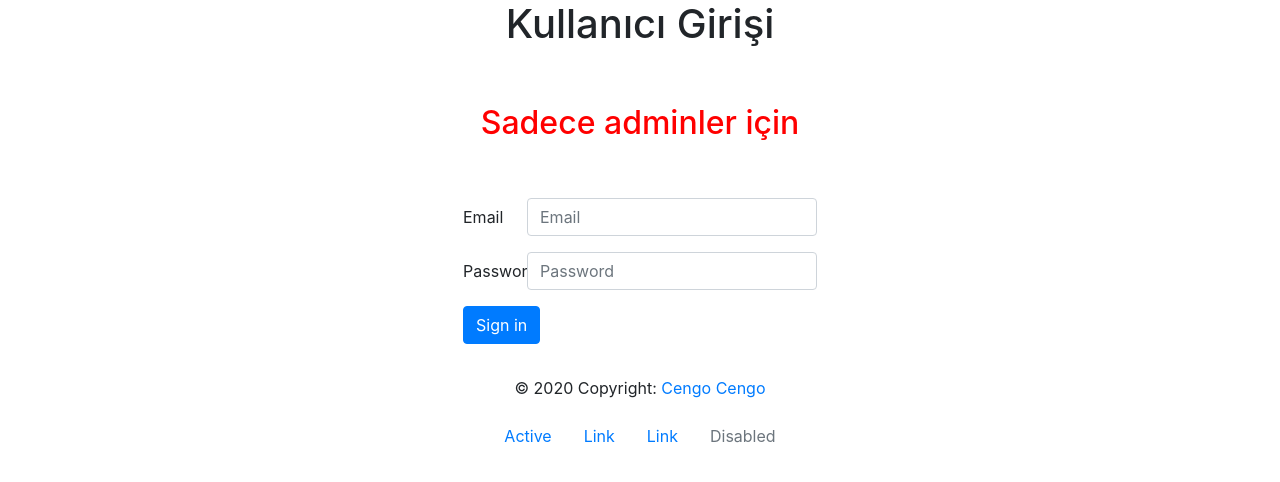
Repository: CengoCengo/NodeBlogCengo
Page: views/admin/signin.ejs
These files come from the project's save history. The page is drawn as it stood at one moment and after the next save; the edit follows.
The browser window is 1280 px wide. The pictures show the whole page.
The page is served by the project's Node server (server.js). Other server files are loaded and not shown. The template is opened directly, without the code that normally fills it, so the values that code supplies are empty.

Above is the page before, as saved 2020-02-26 00:49:39.

### views/admin/signin.ejs
<%- include("../partials/signHead") -%>

    <div class="container" style="width: 30%;">

        <h1 style="text-align: center;">Kullanıcı Girişi</h1>
        <br><br>

        <h2 style="text-align: center; color:red;">Sadece adminler için</h2>
        <br><br>
        <form>
            <div class="form-group row">
              <label for="inputEmail" class="col-sm-2 col-form-label">Email</label>
              <div class="col-sm-10">
                <input type="email" class="form-control" id="inputEmail3" placeholder="Email" name="username">
              </div>
            </div>
            <div class="form-group row">
              <label for="inputPassword3" class="col-sm-2 col-form-label">Password</label>
              <div class="col-sm-10">
                <input type="password" class="form-control" id="inputPassword" placeholder="Password">
              </div>
            </div>
            <div class="form-group row">
              <div class="col-sm-10">
                <button type="submit" class="btn btn-primary">Sign in</button>
              </div>
            </div>
          </form>
    </div>

    <%- include("../partials/signFooter") -%>

### views/partials/signHead.ejs
<!DOCTYPE html>
<html lang="en">
<head>
    <meta charset="UTF-8">
    <meta name="viewport" content="width=device-width, initial-scale=1.0">
    <title>SignIn</title>
    <link rel="stylesheet" href="https://stackpath.bootstrapcdn.com/bootstrap/4.3.1/css/bootstrap.min.css" integrity="sha384-ggOyR0iXCbMQv3Xipma34MD+dH/1fQ784/j6cY/iJTQUOhcWr7x9JvoRxT2MZw1T" crossorigin="anonymous">
    <script src="https://code.jquery.com/jquery-3.3.1.slim.min.js" integrity="sha384-q8i/X+965DzO0rT7abK41JStQIAqVgRVzpbzo5smXKp4YfRvH+8abtTE1Pi6jizo" crossorigin="anonymous"></script>
    <script src="https://cdnjs.cloudflare.com/ajax/libs/popper.js/1.14.7/umd/popper.min.js" integrity="sha384-UO2eT0CpHqdSJQ6hJty5KVphtPhzWj9WO1clHTMGa3JDZwrnQq4sF86dIHNDz0W1" crossorigin="anonymous"></script>
    <script src="https://stackpath.bootstrapcdn.com/bootstrap/4.3.1/js/bootstrap.min.js" integrity="sha384-JjSmVgyd0p3pXB1rRibZUAYoIIy6OrQ6VrjIEaFf/nJGzIxFDsf4x0xIM+B07jRM" crossorigin="anonymous"></script>

</head>

<body>

### views/partials/signFooter.ejs



<!-- Footer -->


    <!-- Copyright -->
    <div class="footer-copyright text-center py-3">© 2020 Copyright:
      <a href="/"> Cengo Cengo</a>
    </div>
    <!-- Copyright -->
    <ul class="nav justify-content-center">
        <li class="nav-item">
          <a class="nav-link active" href="#">Active</a>
        </li>
        <li class="nav-item">
          <a class="nav-link" href="#">Link</a>
        </li>
        <li class="nav-item">
          <a class="nav-link" href="#">Link</a>
        </li>
        <li class="nav-item">
          <a class="nav-link disabled" href="#" tabindex="-1" aria-disabled="true">Disabled</a>
        </li>
      </ul>


<!-- Footer -->

</body>

</html>

### server.js
//jshint esversion:6
const express = require("express");
const bodyParser = require("body-parser");
const app = express();
app.use(bodyParser.urlencoded({extended:true}));

//AppRoutes

const indexRoutes = require("./routes/indexRoutes");
const adminRoutes = require("./routes/adminRoutes");


//AppConfig
app.use(express.static("public"))

app.listen(3001, function(){

console.log("Server started on port 3000")

});

//RoutesUsing

app.use(indexRoutes);
app.use(adminRoutes)

const mongoose = require('mongoose');

mongoose.connect("mongodb://127.0.0.1:27017/CengoDB", {useNewUrlParser:true});

// article.save();

After the next save:
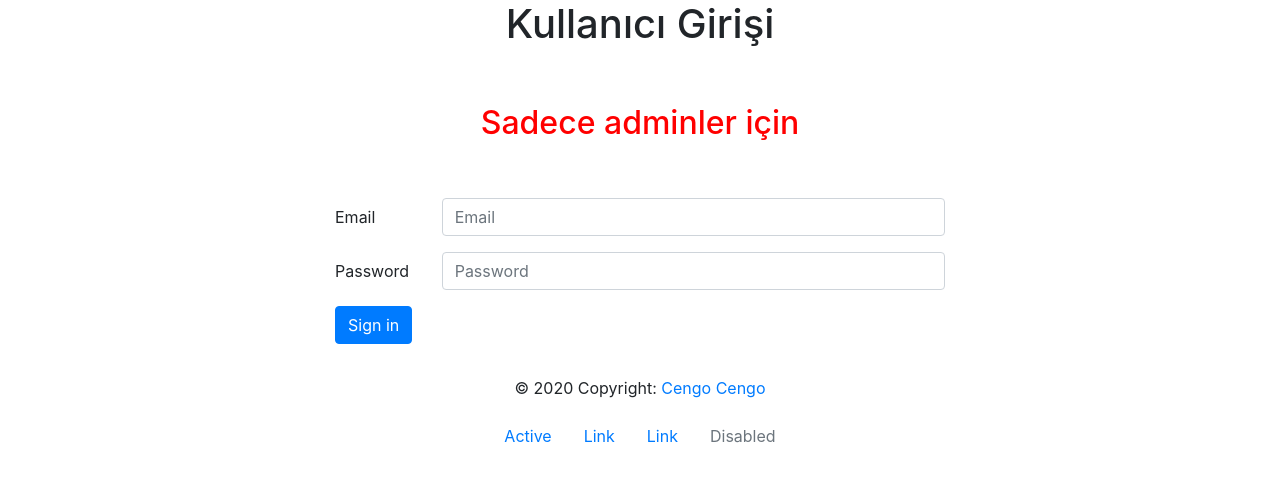
Saved 26 s later.
--- a/views/admin/signin.ejs
+++ b/views/admin/signin.ejs
@@ -1,6 +1,6 @@
 <%- include("../partials/signHead") -%>
 
-    <div class="container" style="width: 30%;">
+    <div class="container" style="width: 50%;">
 
         <h1 style="text-align: center;">Kullanıcı Girişi</h1>
         <br><br>
